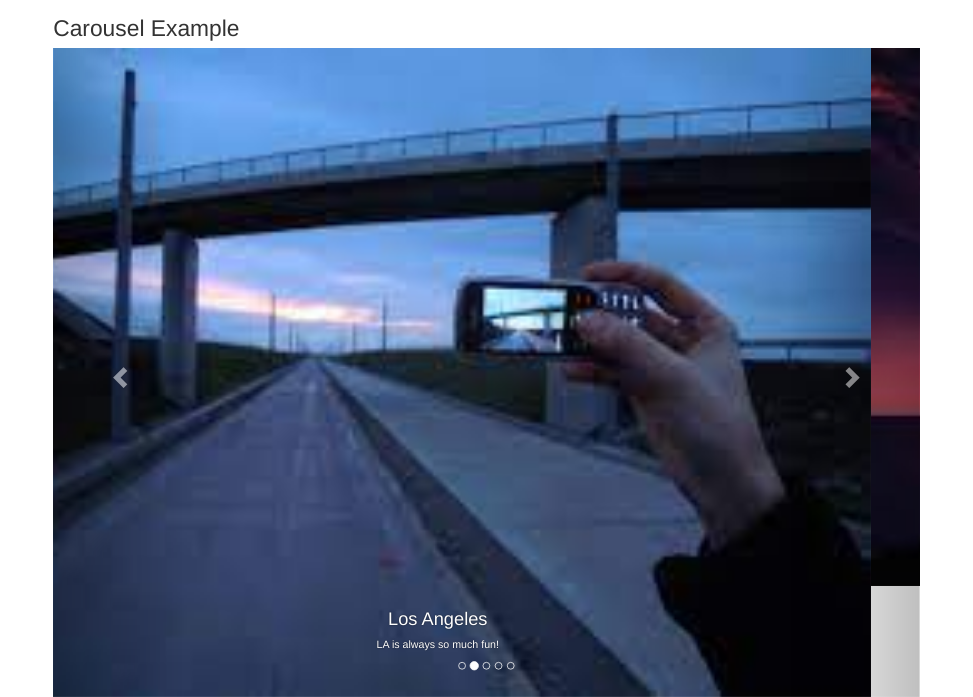
Repository: acciojob/bootstrap-carousel-vandanayadav15
Page: main.html
An editor plug-in stored every save of this project. The page is shown before and after the next save, followed by the edit.
The browser window is 1280 px wide. The pictures show the whole page, at 76% of full size.

Above is the page before, as saved 2022-10-28 13:45:57.

After the next save:
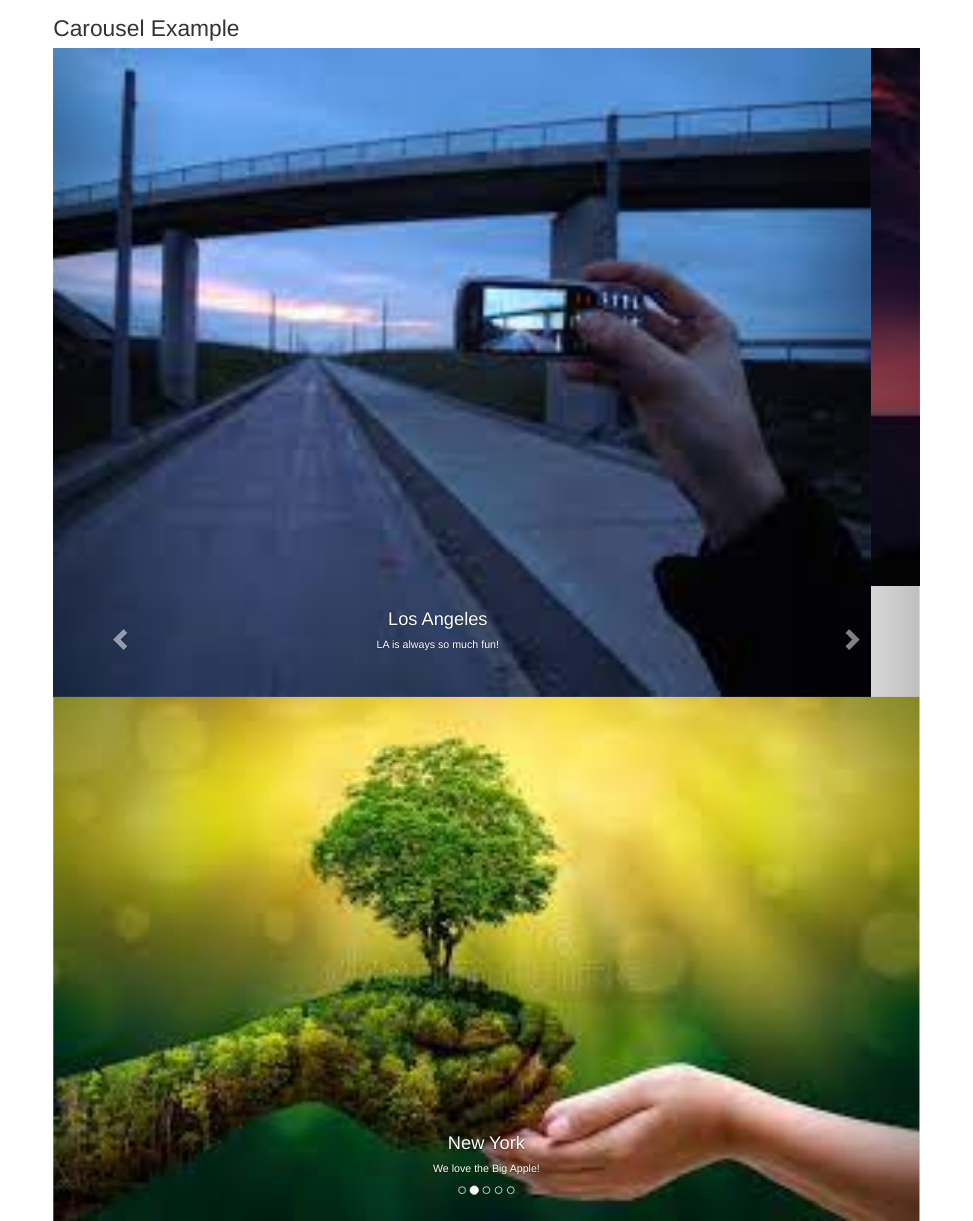
Saved 8 s later.
--- a/main.html
+++ b/main.html
@@ -55,7 +55,7 @@
 					</div>
 				</div>
 
-				<div class="item">
+				<div class="fourthitem">
 					<img src="data:[embedded picture, 9751 characters]"
 						alt="New York" style="width:100%;">
 					<div class="carousel-caption">

After the 3 saves that followed:
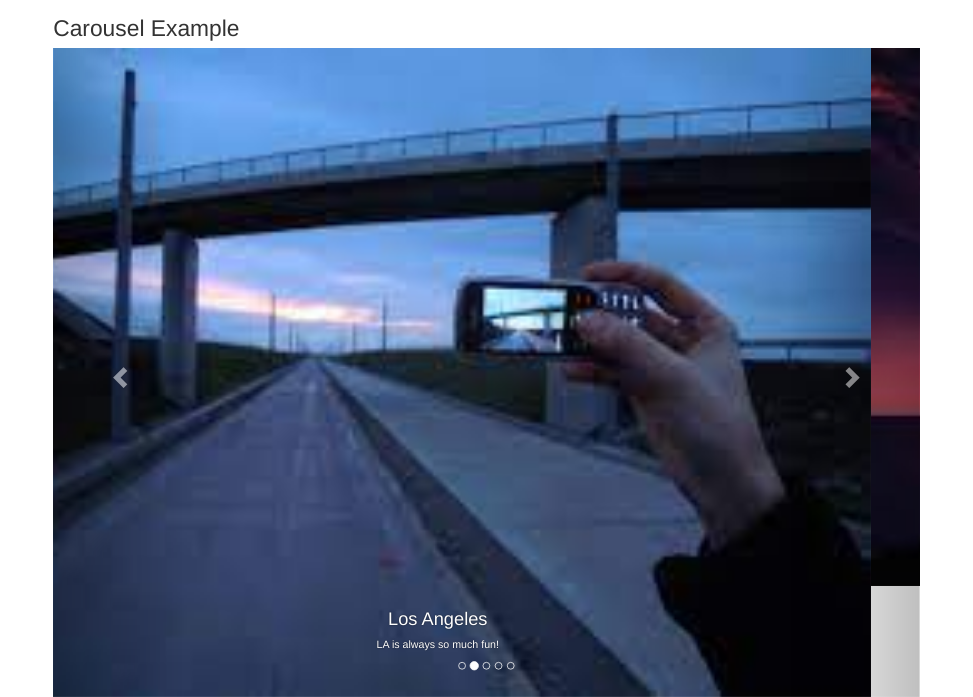
The 3 saves are shown as one change because they came seconds apart.
The last was saved 8 s later.
--- a/main.html
+++ b/main.html
@@ -55,7 +55,7 @@
 					</div>
 				</div>
 
-				<div class="fourthitem">
+				<div class="fourth-slide item">
 					<img src="data:[embedded picture, 9751 characters]"
 						alt="New York" style="width:100%;">
 					<div class="carousel-caption">
